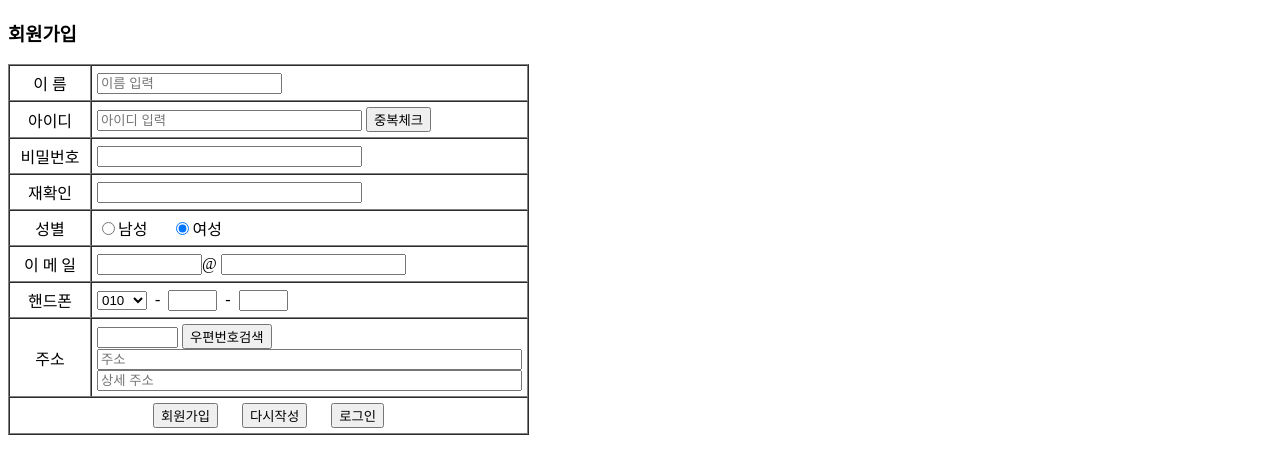
Repository: dahye1013/java-basic-learning
Page: http://localhost/memberJSP/member/writeForm.jsp
An editor plug-in stored every save of this project. The page is shown before and after the next save, followed by the edit.
The browser window is 1280 px wide. The pictures show the whole page.
The page is served by Tomcat 9. Other server files are loaded and not shown.

Above is the page before, as saved 2020-06-04 09:03:46.

### memberJSP/WebContent/member/writeForm.jsp
<%@ page language="java" contentType="text/html; charset=UTF-8"
    pageEncoding="UTF-8"%>
<!DOCTYPE html>

<html>
<head>
<meta charset="UTF-8">
<title>회원가입</title>
</head>
<body>
	<h3>회원가입</h3>
	<form name="writeForm" method="post" action="/memberServlet/WriteServlet">
		<table border="1" cellspacing="0" cellpadding="5">
			<tr>
				<!--1행-->
				<td width="70" align="center">이 름</td>
				<td><input type="text" name="name" id="name" placeholder="이름 입력" ></td>
			</tr>
			<tr>
				<!--2행-->
				<td width="70" align="center">아이디</td>
				<td><input type="text" name="id" placeholder="아이디 입력" size="30" onkeyup="inputIdChk()">
				<input type="button" value="중복체크" onclick="checkId()">
				<input type="hidden" name="idDuplication" value="idUncheck">
				</td>
			</tr>
			<tr>
				<!--3행-->
				<td width="70" align="center">비밀번호</td>
				<td><input type="password" name="pwd" size="30"></td>
			</tr>
			<tr>
				<!--4행-->
				<td width="70" align="center">재확인</td>
				<td><input type="password" name="repwd" size="30"></td>
			</tr>
			<tr>
				<!--5행-->
				<td align="center">성별</td>
				<td><label/><input type='radio' name='gender' value='0' />남성 &emsp;
					<label/><input type='radio' name='gender' value='1' checked />여성</td>
			</tr>
			<tr>
				<td align="center">이 메 일</td>
				<td><input type="text" name="email1" size="10">@
				<input type="email" name="email2" list="defaultEmails">
				<datalist id="defaultEmails">
						<option value="naver.com">
						<option value="gmail.com">
						<option value="hanmail.net">
					</datalist></td>
			</tr>
			<tr>
				<!--7행-->
				<td align="center">핸드폰</td>
				<td><select name="tel1" style="width: 50px">
						<option value="010">010</option>
						<option value="011">011</option>
						<option value="019">019</option>
				</select>
				&nbsp;-&nbsp;
				<input type="text" name="tel2" size="3">
				&nbsp;-&nbsp;
				<input type="text" name="tel3" size="3"></td>
			</tr>
			<tr>
				<!--8행-->
				<td width="70" align="center">주소</td>
				<td><input type="text" name="zipcode" id="zipcode" readonly size="7">
				<input type="button" value="우편번호검색" onclick="checkPost()"><br>
				<input type="text" name="addr1" id="addr1" placeholder="주소" size="50" readonly><br>
				<input type="text" name="addr2" id="addr2" placeholder="상세 주소" size="50" ></td>
			</tr>
			<tr>
				<!--9행-->
				<td colspan="2" align="center">
				<input type="button" value="회원가입" onclick="checkWriteForm()"> &emsp;
			    <input type="reset" value="다시작성"> &emsp;
			     <input type="button" value="로그인" onclick=javascrpit:location.href='loginForm.jsp'>
				</td>
			</tr>
		</table>
	</form>
</body>
<script type="text/javascript" src="../js/member.js"> //http://localhost:8080/memberServlet/js/member.js
</script>
</html>

### memberJSP/WebContent/js/member.js
function checkWriteForm() {
	if(document.getElementById("name").value == ""){
		alert("이름을 입력하세요");
		document.writeForm.name.focus();
	}else if (document.writeForm.id.value == ""){
		alert("아이디를 입력하세요");
		document.writeForm.id.focus();
	}else if (document.writeForm.pwd.value == ""){
		alert("비밀번호를 입력하세요");
		document.writeForm.pwd.focus();
	}else if (document.writeForm.repwd.value == ""){
		alert("비밀번호 재입력하세요");
		document.writeForm.repwd.focus();
	}else if (document.writeForm.pwd.value != document.writeForm.repwd.value){
		alert("비밀번호가 일치하지 않습니다.");
	}else if(document.writeForm.idDuplication.value == "idUncheck"){
		alert("중복체크하십시오.");
	}else{
		alert("회원가입성공.");
		//document.writeForm.submit();
	}
}


function checkLoginForm() {
	if (document.loginForm.id.value == ""){
		alert("아이디를 입력하세요");
		document.loginForm.id.focus();
	}else if (document.loginForm.pwd.value == ""){
		alert("비밀번호를 입력하세요");
		document.loginForm.pwd.focus();
	}else
		document.loginForm.submit();
}

function checkId(){
	let id = document.writeForm.id.value;
	if(id == ""){
		alert("아이디를 입력하세요");
	}else
		window.open("checkId.jsp?id="+id,"","width=300 height=100 location=yes")
}

function checkIdClose(id) {
		opener.writeForm.id.value = id;
		// 열려있는 창들 중에 WirteForm에서 id.value 값을 쥐어준다.
		opener.writeForm.idDuplication.value = "idCheck";
		window.close();
		opener.wrtieForm.pwd.focus();wr
	}


function checkPost(){
	window.open("checkPost.jsp" ,"", "width=500 height=500");
}

function inputIdChk(){
	//alert("idUnCheck로 변환");
	document.writeForm.idDuplication.value = "idUncheck";
}

function IdChk(){
	opener.writeForm.idDuplication.value = "idCheck";
}

function checkPost(){
	window.open("checkPost.jsp","","width+500 height=500 scrollbars=yes");
}

function checkPostClose(zipcode, address){
	opener.writeForm.zipcode.value = zipcode;
	opener.writeForm.addr1.value = address;
	window.close();

	opener.writeForm.addr2.focus();
}

function writeInfo(id){
	document.writeForm.id.value = id;
	document.writeForm.pwd.value = pwd;
	document.writeForm.name.value = name;

}

After the next save:
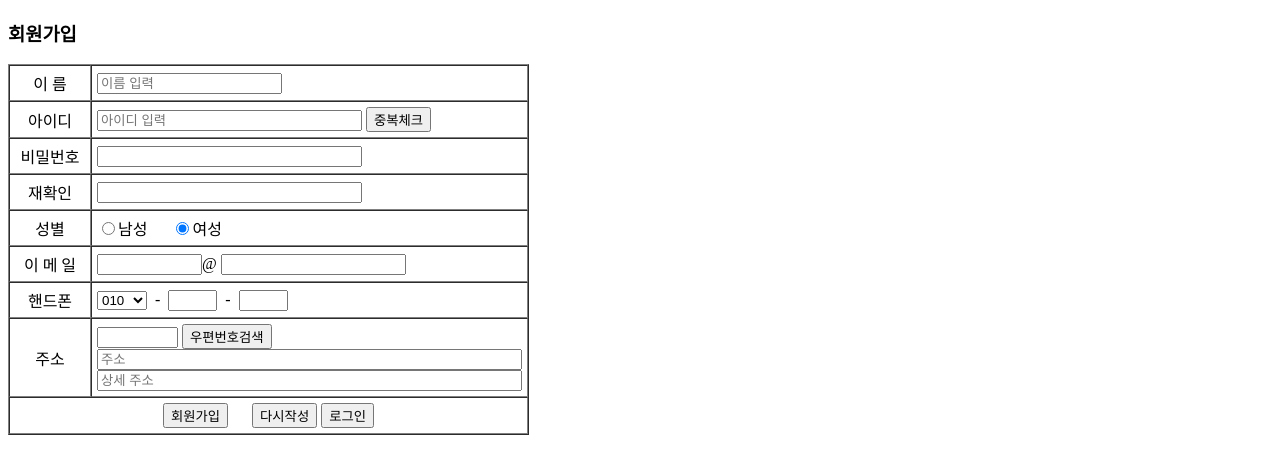
Saved 43 s later.
--- a/memberJSP/WebContent/member/writeForm.jsp
+++ b/memberJSP/WebContent/member/writeForm.jsp
@@ -75,7 +75,7 @@
 				<!--9행-->
 				<td colspan="2" align="center">
 				<input type="button" value="회원가입" onclick="checkWriteForm()"> &emsp;
-			    <input type="reset" value="다시작성"> &emsp;
+			    <input type="reset" value="다시작성">
 			     <input type="button" value="로그인" onclick=javascrpit:location.href='loginForm.jsp'>
 				</td>
 			</tr>
